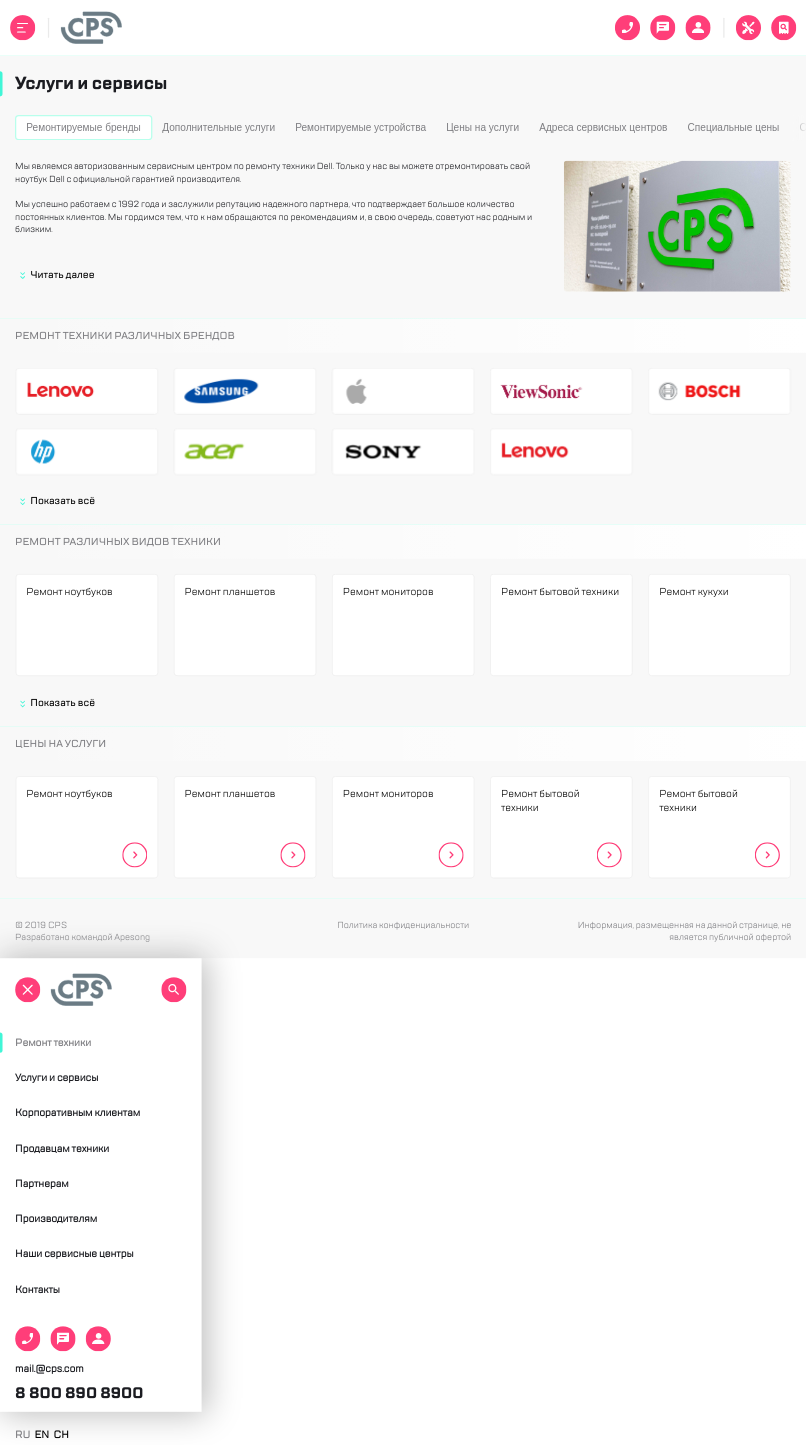
Repository: Dedoxa/WebCoreF
Page: /
The author's editor kept a copy of each file at every save. The page is drawn from the files as they stood at one save, then again after the next save.
The browser window is 1280 px wide. The pictures show the whole page, at 63% of full size.
The project was rebuilt for these pictures with package versions that can differ from the ones it lists, and the page was loaded fresh each time. Also part of the build but not shown: webpack.config.js.

Above is the page before, as saved 2024-06-15 17:49:08.

### src/index.html
<!DOCTYPE html>
<html lang="en">
  <head>
    <meta charset="UTF-8" />
    <meta
      name="viewport"
      content="width=device-width, user-scalable=no, initial-scale=1.0, maximum-scale=1.0, minimum-scale=1.0"
    />
    <meta http-equiv="X-UA-Compatible" content="ie=edge" />
    <title>WebCoreFinal</title>
  </head>
  <body>
    <header class="header">
      <div class="header__left-side">
        <a id="burger" href="#" class="icon header__icon"></a>
        <a id="logo" href="#" class="icon header__icon"></a>
      </div>
      <div class="header__right-side">
        <a id="call" href="#" class="icon header__icon"></a>
        <a id="chat" href="#" class="icon header__icon"></a>
        <a id="profile" href="#" class="icon header__icon"></a>
        <a id="repair" href="#" class="icon header__icon"></a>
        <a id="checkStatus" href="#" class="icon header__icon"></a>
      </div>
    </header>
    <main>
      <section class="presentation">
        <div class="presentation__wrapper">
          <div class="presentation__title">
            <h1 class="presentation__heading">Услуги и сервисы</h1>
            <div class="presentation__right-area">
              <label class="presentation__icon-area">
                <span class="presentation__icon-text">Оставить заявку</span>
                <a id="repair" href="#" class="icon presentation__icon"></a>
              </label>
              <label class="presentation__icon-area">
                <span class="presentation__icon-text">Статус ремонта</span>
                <a id="checkStatus" href="#" class="icon presentation__icon"></a>
              </label>
            </div>
          </div>
          <div class="presentation__buttons">
            <button href="#" class="presentation__button presentation__button--focus">
              Ремонтируемые бренды
            </button>
            <button href="#" class="presentation__button">
              Дополнительные услуги
            </button>
            <button href="#" class="presentation__button">
              Ремонтируемые устройства
            </button>
            <button href="#" class="presentation__button">
              Цены на услуги
            </button>
            <button href="#" class="presentation__button">
              Адреса сервисных центров
            </button>
            <button href="#" class="presentation__button">
              Специальные цены
            </button>
            <button href="#" class="presentation__button">Отзывы</button>
            <div class="presentation__right-fade-effect"></div>
          </div>
          <div class="presentation__container">
            <div class="presentation__description">
              <p class="presentation__text">
                Мы являемся авторизованным сервисным центром по ремонту техники
                Dell. Только у нас вы можете отремонтировать свой ноутбук Dell с
                официальной гарантией производителя. <br /><br />
                Мы успешно работаем с 1992 года и заслужили репутацию надежного
                партнера, что подтверждает большое количество постоянных клиентов.
                Мы гордимся тем, что к нам обращаются по рекомендациям и, в свою
                очередь, советуют нас родным и близким.
              </p>
              <span class="presentation__toggler">Читать далее</span>
            </div>
            <img src="img/CPS-img-tablet.jpg" alt="" class="presentation__image-tablet" />
            <img
              src="img/CPS-img-desktop.jpg"
              alt=""
              class="presentation__image-desktop"
            />
          </div>
        </div>
        <img src="img/CPS-img-phone.jpg" alt="" class="presentation__image-phone" />
      </section>
      <section class="plates">
        <header class="plates__heading">
            <div class="plates__wrapper plates__wrapper-heading">
                <span>Ремонт техники различных брендов</span>
            </div>
        </header>
        <div class="plates__content-area">
            <div class="plates__wrapper">
                <div class="plates__swiper-container">
                    <div class="swiper plates__swiper">
                        <div id="plate-options" class="swiper-wrapper plates__brands-wrapper">
                            <div class="swiper-slide plates__slide">
                                <div class="plates__brand-plate">
                                    <img src="../img/logo-lenovo.png"  width="108" height="32"  class="plates__logo"></img>
                                    <div class="plates__dropdown-wrapper">
                                      <img class="showIcon"></img>
                                    </div>
                                </div>
                            </div>
                            <div class="swiper-slide plates__slide">
                                <div class="plates__brand-plate">
                                    <img src="../img/logo-samsung.png" width="116" height="38.52" class="plates__logo"></img>
                                    <div class="plates__dropdown-wrapper">
                                      <img class="showIcon"></img>
                                    </div>
                                </div>
                            </div>
                            <div class="swiper-slide plates__slide">
                                <div class="plates__brand-plate">
                                    <img src="../img/logo-apple.png" width="44" height="44" class="plates__logo"></img>
                                    <div class="plates__dropdown-wrapper">
                                      <img class="showIcon"></img>
                                    </div>
                                </div>
                            </div>
                            <div class="swiper-slide plates__slide">
                                <div class="plates__brand-plate">
                                    <img src="../img/logo-viewSonic.png" width="128" height="21" class="plates__logo"></img>
                                    <div class="plates__dropdown-wrapper">
                                      <img class="showIcon"></img>
                                    </div>
                                </div>
                            </div>
                            <div class="swiper-slide plates__slide">
                                <div class="plates__brand-plate">
                                    <img src="../img/logo-bosch.png" width="128" height="28.6" class="plates__logo"></img>
                                    <div class="plates__dropdown-wrapper">
                                      <img class="showIcon"></img>
                                    </div>
                                </div>
                            </div>
                            <div class="swiper-slide plates__slide">
                                <div class="plates__brand-plate">
                                    <img src="../img/logo-hp.png" width="52" height="52" class="plates__logo"></img>
                                    <div class="plates__dropdown-wrapper">
                                      <img class="showIcon"></img>
                                    </div>
                                </div>
                            </div>
                            <div class="swiper-slide plates__slide">
                                <div class="plates__brand-plate">
                                    <img src="../img/logo-acer.png" width="94" height="24" class="plates__logo"></img>
                                    <div class="plates__dropdown-wrapper">
                                      <img class="showIcon"></img>
                                    </div>
                                </div>
                            </div>
                            <div class="swiper-slide plates__slide">
                                <div class="plates__brand-plate">
                                    <img src="../img/logo-sony.png" width="128" height="25.6" class="plates__logo"></img>
                                    <div class="plates__dropdown-wrapper">
                                      <img class="showIcon"></img>
                                    </div>
                                </div>
                            </div>
                            <div class="swiper-slide plates__slide">
                                <div class="plates__brand-plate">
                                    <img src="../img/logo-lenovo.png"  width="108" height="32"  class="plates__logo"></img>
                                    <div class="plates__dropdown-wrapper">
                                      <img class="showIcon"></img>
                                    </div>
                                </div>
                            </div>
                        </div>
                        <div class="swiper-pagination"></div>
                    </div>
                </div>
            </div>
            <div class="plates__toggler-area">
                <label class="plates__wrapper plates__wrapper-toggler">
                    <span id="plates-toggler" class="plates__toggler">Показать всё</span>
                </label>
            </div>
        </div>
      </section>
      <section class="plates">
        <header class="plates__heading">
            <div class="plates__wrapper plates__wrapper-heading">
                <span>Ремонт различных видов техники</span>
            </div>
        </header>
        <div class="plates__content-area">
            <div class="plates__wrapper">
                <div class="plates__swiper-container">
                    <div class="swiper plates__swiper">
                        <div id="device-options" class="swiper-wrapper plates__devices-wrapper">
                            <div class="swiper-slide plates__slide">
                                <div class="plates__device-plate">
                                  <span class="plates__logo">Ремонт ноутбуков</span>
                                  <div class="plates__dropdown-wrapper">
                                    <img class="showIcon"></img>
                                  </div>
                                </div>
                            </div>
                            <div class="swiper-slide plates__slide">
                                <div class="plates__device-plate">
                                  <span class="plates__logo">Ремонт планшетов</span>
                                  <div class="plates__dropdown-wrapper">
                                    <img class="showIcon"></img>
                                  </div>
                                </div>
                            </div>
                            <div class="swiper-slide plates__slide">
                                <div class="plates__device-plate">
                                  <span class="plates__logo">Ремонт мониторов</span>
                                  <div class="plates__dropdown-wrapper">
                                    <img class="showIcon"></img>
                                  </div>
                                </div>
                            </div>
                            <div class="swiper-slide plates__slide">
                                <div class="plates__device-plate">
                                  <span class="plates__logo">Ремонт бытовой техники</span>
                                  <div class="plates__dropdown-wrapper">
                                    <img class="showIcon"></img>
                                  </div>
                                </div>
                            </div>
                            <div class="swiper-slide plates__slide">
                                <div class="plates__device-plate">
                                  <span class="plates__logo">Ремонт кукухи</span>
                                  <div class="plates__dropdown-wrapper">
                                    <img class="showIcon"></img>
                                  </div>
                                </div>
                            </div>
                            <div class="swiper-slide plates__slide">
                                <div class="plates__device-plate">
                                  <span class="plates__logo">Ремонт шмемонт</span>
                                  <div class="plates__dropdown-wrapper">
                                    <img class="showIcon"></img>
                                  </div>
                                </div>
                            </div>
                            <div class="swiper-slide plates__slide">
                                <div class="plates__device-plate">
                                  <span class="plates__logo">Ремонт бельмонт</span>
                                  <div class="plates__dropdown-wrapper">
                                    <img class="showIcon"></img>
                                  </div>
                                </div>
                            </div>
                            <div class="swiper-slide plates__slide">
                                <div class="plates__device-plate">
                                  <span class="plates__logo">Ремонт взял тебя на понт</span>
                                  <div class="plates__dropdown-wrapper">
                                    <img class="showIcon"></img>
                                  </div>
                                </div>
                            </div>
                            <div class="swiper-slide plates__slide">
                                <div class="plates__device-plate">
                                  <span class="plates__logo">Ремонт дорог (вечный*)</span>
                                  <div class="plates__dropdown-wrapper">
                                    <img class="showIcon"></img>
                                  </div>
                                </div>
                            </div>
                        </div>
                        <div class="swiper-pagination"></div>
                    </div>
                </div>
            </div>
            <div class="plates__toggler-area">
                <label class="plates__wrapper plates__wrapper-toggler">
                    <span id="devices-toggler" class="plates__toggler">Показать всё</span>
                </label>
            </div>
        </div>
      </section>
      <section class="table">
        <header class="table__heading">
            <div class="table__wrapper table__wrapper-heading">
                <span>Цены на услуги</span>
            </div>
        </header>
        <div class="table__content-area">
            <div class="table__wrapper">
                <div class="table__swiper-container">
                    <div class="swiper table__swiper">
                        <div id="device-options" class="swiper-wrapper table__devices-wrapper">
                            <div class="swiper-slide table__slide">
                                <div class="table__device-plate">
                                  <span class="table__logo">Ремонт ноутбуков</span>
                                  <img class="table__dropdown"></img>
                                </div>
                            </div>
                            <div class="swiper-slide table__slide">
                                <div class="table__device-plate">
                                  <span class="table__logo">Ремонт планшетов</span>
                                  <img class="table__dropdown"></img>
                                </div>
                            </div>
                            <div class="swiper-slide table__slide">
                                <div class="table__device-plate">
                                  <span class="table__logo">Ремонт мониторов</span>
                                  <img class="table__dropdown"></img>
                                </div>
                            </div>
                            <div class="swiper-slide table__slide">
                                <div class="table__device-plate">
                                  <span class="table__logo">Ремонт бытовой техники</span>
                                  <img class="table__dropdown"></img>
                                </div>
                            </div>
                            <div class="swiper-slide table__slide">
                                <div class="table__device-plate">
                                  <span class="table__logo">Ремонт бытовой техники</span>
                                  <img class="table__dropdown"></img>
                                </div>
                            </div>
                        </div>
                        <div class="swiper-pagination"></div>
                    </div>
                </div>
            </div>
        </div>
      </section>
      <footer class="footer">
        <div class="footer__wrapper">
            <div>
              <p>© 2019 CPS<br>Разработано командой Apesong</p>
            </div>
            <div>
              <p>Политика конфиденциальности</p>
            </div>
            <div>
              <p>Информация, размещенная на данной странице, не является публичной офертой</p>
            </div>
      </footer>

      <aside class="aside-menu">
        <div class="aside-menu__wrapper">
          <div>
            <div class="aside-menu__header">
              <div class="aside-menu__subwrapper">
                <div class="aside-menu__header-left">
                  <a id="cross" href="#" class="icon aside-menu__icon"></a>
                  <a id="logo" href="#" class="icon aside-menu__icon"></a>
                </div>
                <div class="aside-menu__header-right">
                  <a id="search" href="#" class="icon aside-menu__icon"></a>
                </div>
              </div>
            </div>
            <ul class="aside-menu__links-list">
              <li class="aside-menu__link aside-menu__link--active">
                <a href="#" class=""> Ремонт техники </a>
              </li>
              <li class="aside-menu__link"><a href="#"> Услуги и сервисы </a></li>
              <li class="aside-menu__link"><a href="#"> Корпоративным клиентам </a></li>
              <li class="aside-menu__link"><a href="#"> Продавцам техники </a></li>
              <li class="aside-menu__link"><a href="#"> Партнерам </a></li>
              <li class="aside-menu__link"><a href="#"> Производителям </a></li>
              <li class="aside-menu__link"><a href="#"> Наши сервисные центры </a></li>
              <li class="aside-menu__link"><a href="#"> Контакты </a></li>
            </ul>
          </div>
          <section class="aside-menu__down-section">
            <div class="aside-menu__down-wrapper">
              <div class="aside-menu__down-icons">
                <a id="call" href="#" class="icon aside-menu__icon"></a>
                <a id="chat" href="#" class="icon aside-menu__icon"></a>
                <a id="profile" href="#" class="icon aside-menu__icon"></a>
              </div>
              <div>
                <a href="mailto:mail.@cps.com" class="aside-menu__email"><span>mail.@cps.com</span></a>
                <a href="tel:+88008908900" class="aside-menu__phone-number"><span>8 800 890 8900</span></a>
              </div>
              <div class="aside-menu__language-choice">
                <span class="aside-menu__language-option aside-menu__language-option--active">RU</span>
                <span class="aside-menu__language-option">EN</span>
                <span class="aside-menu__language-option">CH</span>
              </div>
            </div>
          </section>
        </div>
      </aside>
    </main>
  </body>
</html>

### src/scss/style.scss
@import url('./\(id\)icons.scss');
@import url('./\(import\)fonts.scss');
@import url('./\(tag\)html.scss');
@import url('./\(tag\)svg.scss');
@import url('../../node_modules/swiper/swiper-bundle.css');

@import url('./aside-menu.scss');
@import url('./footer.scss');
@import url('./header.scss');
@import url('./icon.scss');
@import url('./jsExpand.scss');
@import url('./plates.scss');
@import url('./presentation.scss');
@import url('./swiper-castomization.scss');
@import url('./table.scss');

### src/scss/(id)icons.scss
#burger {
  background-image: url('../img/ic-burger.svg');
}

#logo {
  background-color: transparent;
  border-radius: 0;
  background-image: url('../img/ic-CPSLogo.svg');
}

#call {
  background-image: url('../img/ic-call.svg');
}

#chat {
  background-image: url('../img/ic-chat.svg');
}

#profile {
  background-image: url('../img/ic-profile.svg');
}

#repair {
  background-image: url('../img/ic-repair.svg');
}

#checkStatus {
  background-image: url('../img/ic-checkstatus.svg');
}

#cross {
  background-image: url('../img/ic-cross.svg');
}

#search {
  background-image: url('../img/ic-search.svg');
}

### src/scss/(tag)html.scss
html {
  box-sizing: border-box;
  font-family: 'TT Lakes Regular', Times, serif;

  * {
    box-sizing: inherit;
    margin: 0;
    padding: 0;

    &:before,
    &:after {
      box-sizing: inherit;
      margin: 0;
      padding: 0;
    }
  }
}

### src/scss/(tag)svg.scss
svg {
  position: absolute;
  top: 50%;
  left: 50%;
  transform: translate(-50%, -50%);
}

### src/scss/icon.scss
.icon {
  flex: 0 0 auto;
  position: relative;
  width: 40px;
  height: 40px;
  background-color: #ff3e79;
  background-repeat: no-repeat;
  background-position: center;
  border-radius: 50%;
  transition: opacity linear 0.2s;
  opacity: 100%;

  &:hover {
    transition: opacity linear 0.2s;
    opacity: 50%;
  }
}

### src/scss/jsExpand.scss
.jsExpand {
  height: max-content !important;
}

### src/scss/swiper-castomization.scss
.swiper-pagination {
  .swiper-pagination-bullet {
    width: 12px;
    height: 12px;
    background-color: #dddddd;
  }

  .swiper-pagination-bullet-active {
    background-color: #b5b6bc;
  }
}

### src/scss/showIcon.scss
.showIcon {
  content: url('../img/ic-dropdown.svg');
  width: 40px;
  height: 40px;
}

Loaded but not shown: src/js/js.js (51 lines, source omitted); src/js/index.js (4 lines, source omitted); src/scss/presentation.scss (262 lines, source omitted); src/scss/table.scss (203 lines, source omitted); src/scss/plates.scss (200 lines, source omitted); src/scss/aside-menu.scss (163 lines, source omitted); src/scss/header.scss (87 lines, source omitted); src/scss/(import)fonts.scss (29 lines, source omitted); src/scss/footer.scss (56 lines, source omitted)

After the next save:
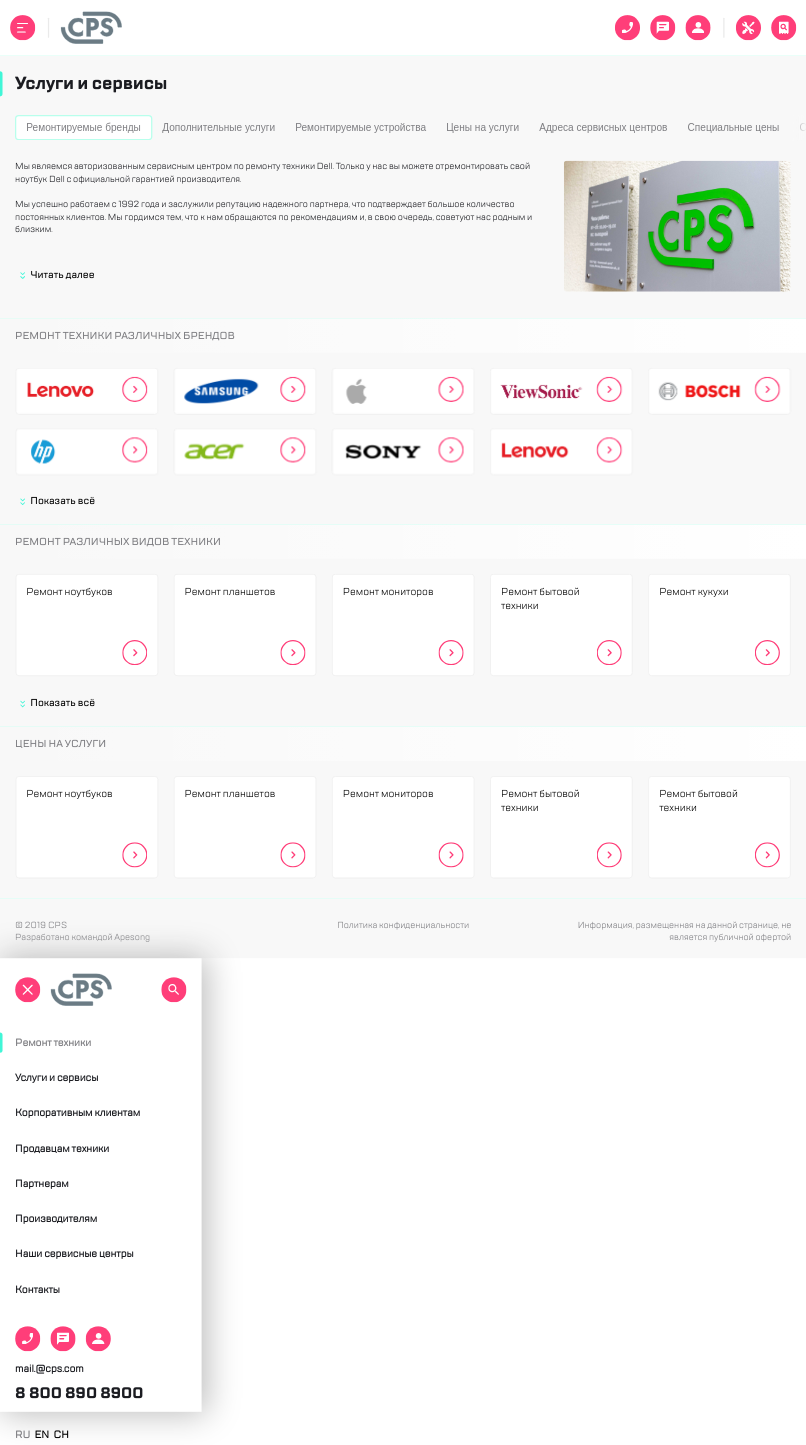
Saved 27 s later.
--- a/src/scss/style.scss
+++ b/src/scss/style.scss
@@ -11,5 +11,6 @@
 @import url('./jsExpand.scss');
 @import url('./plates.scss');
 @import url('./presentation.scss');
+@import url('./showIcon.scss');
 @import url('./swiper-castomization.scss');
 @import url('./table.scss');
